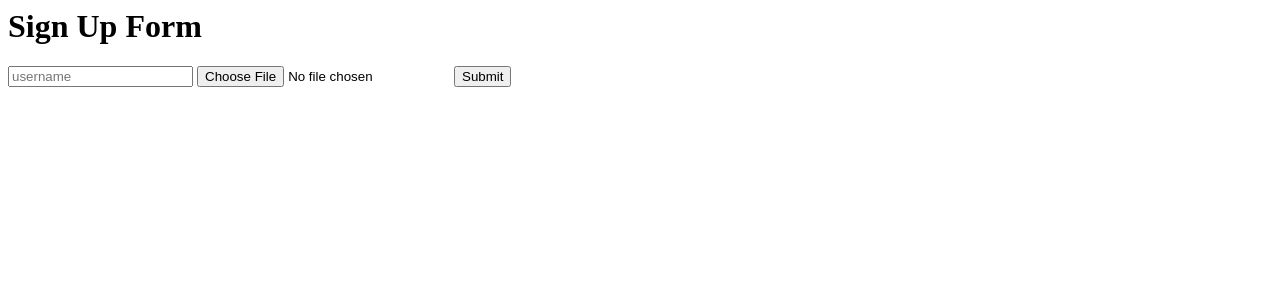
Repository: ricky-026/webdevbootcamp
Page: http://localhost/register
The author's editor kept a record of every edit. The page is drawn from the files as they stood at one moment, then again after the next edit.
The browser window is 1280 px wide. The pictures show the whole page.
The page is served by the project's Node server (Authentication/AuthDemo/app.js).

Above is the page before.

After the next edit:
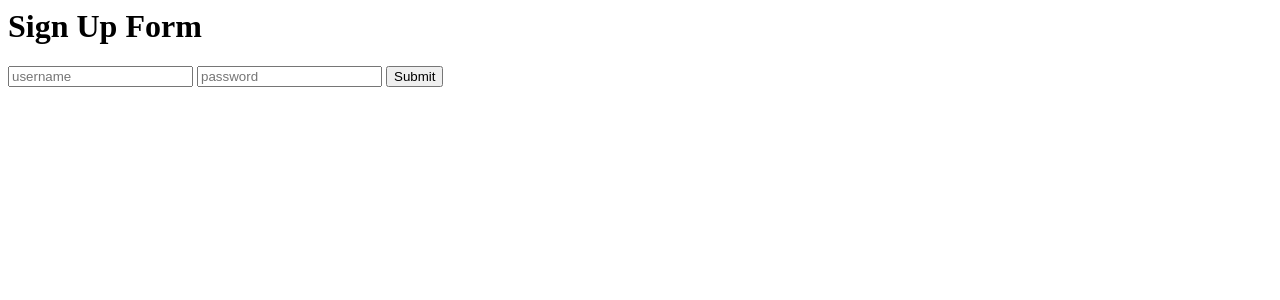
The edit:
--- a/Authentication/AuthDemo/views/register.ejs
+++ b/Authentication/AuthDemo/views/register.ejs
@@ -2,6 +2,6 @@
 
 <form>
     <input type="text" name="username" placeholder="username">
-    <input type="file" name"password">
+    <input type="password" name="password" placeholder="password">
     <button>Submit</button>
 </form>
